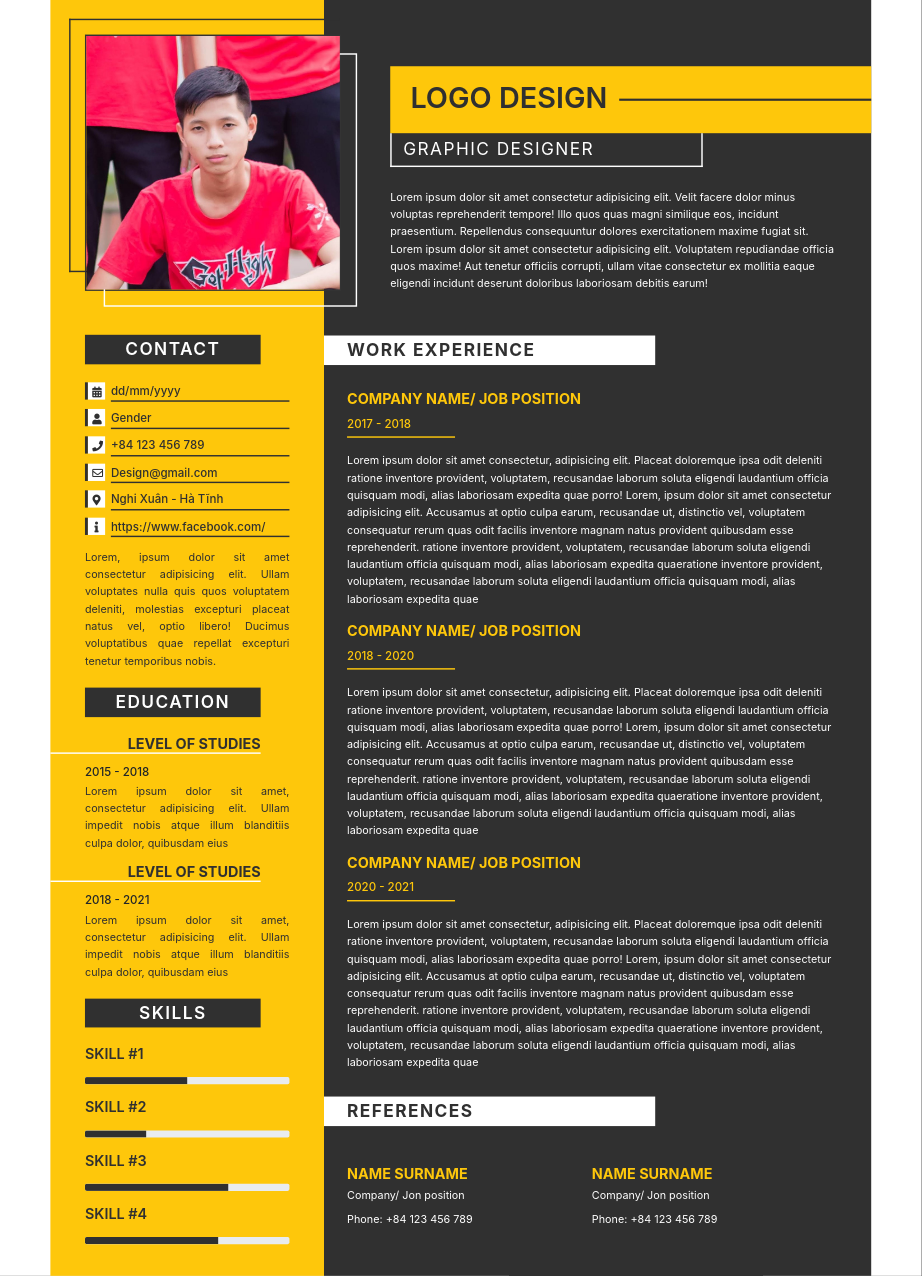
Repository: khoitadev/myCV
Page: index.html
These files come from the project's save history. The page is drawn as it stood at one moment and after the next save; the edit follows.
The browser window is 1280 px wide. The pictures show the whole page, at 72% of full size.
Some web libraries are served in a nearby version.

Above is the page before, as saved 2022-02-11 22:22:48.

### index.html
<!DOCTYPE html>
<html lang="en">
  <head>
    <meta charset="UTF-8" />
    <meta http-equiv="X-UA-Compatible" content="IE=edge" />
    <meta name="viewport" content="width=device-width, initial-scale=1.0" />
    <title>CV Design</title>
    <link
      rel="stylesheet"
      href="https://cdn.jsdelivr.net/npm/bootstrap@4.6.0/dist/css/bootstrap.min.css"
      integrity="sha384-B0vP5xmATw1+K9KRQjQERJvTumQW0nPEzvF6L/Z6nronJ3oUOFUFpCjEUQouq2+l"
      crossorigin="anonymous"
    />
    <link rel="preconnect" href="https://fonts.googleapis.com" />
    <link rel="preconnect" href="https://fonts.gstatic.com" crossorigin />
    <link
      href="https://fonts.googleapis.com/css2?family=Poppins:wght@400;600;700&display=swap"
      rel="stylesheet"
    />
    <link
      rel="stylesheet"
      href="https://pro.fontawesome.com/releases/v5.10.0/css/all.css"
      integrity="sha384-AYmEC3Yw5cVb3ZcuHtOA93w35dYTsvhLPVnYs9eStHfGJvOvKxVfELGroGkvsg+p"
      crossorigin="anonymous"
    />
    <link
      rel="icon"
      href="./assets/img/cv2.jpg"
      style="border-radius: 50%;"
      type="image/gif"
      sizes="16x16"
    />

    <link rel="stylesheet" href="./assets/css/style.css" />
  </head>
  <body>
    <div class="container">
      <div class="row">
        <div class="col-md-4 cv__left">
          <div class="cv__img">
            <img src="./assets/img/cv2.jpg" />
          </div>
          <div class="cv__body-left">
            <h2 class="heading__left">CONTACT</h2>
            <p class="text contact__text"><i class="fas fa-calendar-alt"></i> <span class="contact__line" >dd/mm/yyyy</span></p>
            <p class="text contact__text"><i class="fas fa-user"></i> <span class="contact__line" >Gender</span></p>
            <p class="text contact__text">
              <i class="fas fa-phone"></i> <a class="contact__line" href="tel:+84 123456789">+84 123 456 789</a>
            </p>
            <p class="text contact__text">
              <i class="far fa-envelope"></i>
              <a class="contact__line" href="mailto:trananhkhoi5657@gmail.com"
                >Design@gmail.com</a
              >
            </p>
            <p class="text contact__text">
              <i class="fas fa-map-marker-alt"></i> <span class="contact__line" >Nghi Xuân - Hà Tĩnh</span>
            </p>
            <p class="text contact__text">
              <i class="fas fa-info"></i>
              <a class="contact__line" href="https://www.facebook.com/khoiaiti"
                >https://www.facebook.com/</a
              >
            </p>
            <p class="text description">
              Lorem, ipsum dolor sit amet consectetur adipisicing elit. Ullam voluptates nulla quis quos voluptatem deleniti, molestias excepturi placeat natus vel, optio libero! Ducimus voluptatibus quae repellat excepturi tenetur temporibus nobis.
            </p>
            <h2 class="heading__left">EDUCATION</h2>
            <h3 class="edu__heading">LEVEL OF STUDIES</h3>
            <h4 class="edu__title">2015 - 2018</h4>
            <p class="text">Lorem ipsum dolor sit amet, consectetur adipisicing elit. Ullam impedit nobis atque illum blanditiis culpa dolor, quibusdam eius</p>
            <h3 class="edu__heading">LEVEL OF STUDIES</h3>
            <h4 class="edu__title">2018 - 2021</h4>
            <p class="text">Lorem ipsum dolor sit amet, consectetur adipisicing elit. Ullam impedit nobis atque illum blanditiis culpa dolor, quibusdam eius</p>

            <h2 class="heading__left">SKILLS</h2>
            <h3 class="heading__title">SKILL #1</h3>

            <div class="progress progress__line" style="height: 10px">
              <div class="progress-bar" style="width: 50%; height: 10px; background-color: #303030;"></div>
            </div>

            <h3 class="heading__title">SKILL #2</h3>

            <div class="progress progress__line" style="height: 10px">
              <div class="progress-bar" style="width: 30%; height: 10px; background-color: #303030;"></div>
            </div>

            <h3 class="heading__title">SKILL #3</h3>
            <div class="progress progress__line" style="height: 10px">
              <div class="progress-bar" style="width: 70%; height: 10px; background-color: #303030;"></div>
            </div>
            <h3 class="heading__title">SKILL #4</h3>
            <div class="progress progress__line" style="height: 10px">
              <div class="progress-bar" style="width: 65%; height: 10px; background-color: #303030;"></div>
            </div>
            <!-- <h3 class="heading__title">SKILL #5</h3>
            <div class="progress progress__line" style="height: 10px">
              <div class="progress-bar" style="width: 60%; height: 10px; background-color: #303030;"></div>
            </div> -->
          </div>
        </div>
        <div class="col-md-8 cv__right">
          <div class="cv__intro">
            <div class="name"><h2>LOGO DESIGN</h2> <span></span></div>
            <h2 class="name__des">GRAPHIC DESIGNER</h2>
            <p class="text-toright">Lorem ipsum dolor sit amet consectetur adipisicing elit. Velit facere dolor minus voluptas reprehenderit tempore! Illo quos quas magni similique eos, incidunt praesentium. Repellendus consequuntur dolores exercitationem maxime fugiat sit.
              <br>
              Lorem ipsum dolor sit amet consectetur adipisicing elit. Voluptatem repudiandae officia quos maxime! Aut tenetur officiis corrupti, ullam vitae consectetur ex mollitia eaque eligendi incidunt deserunt doloribus laboriosam debitis earum!
            </p>
            <br>
          </div>
          <h2 class="heading__right">WORK EXPERIENCE</h2>
          <h3 class="work__heading">COMPANY NAME/ JOB POSITION</h3>
          <h4 class="work__title">2017 - 2018</h4>
          <p class="text-toright">Lorem ipsum dolor sit amet consectetur, adipisicing elit. Placeat doloremque ipsa odit deleniti ratione inventore provident, voluptatem, recusandae laborum soluta eligendi laudantium officia quisquam modi, alias laboriosam expedita quae porro!
            Lorem, ipsum dolor sit amet consectetur adipisicing elit. Accusamus at optio culpa earum, recusandae ut, distinctio vel, voluptatem consequatur rerum quas odit facilis inventore magnam natus provident quibusdam esse reprehenderit. ratione inventore provident, voluptatem, recusandae laborum soluta eligendi laudantium officia quisquam modi, alias laboriosam expedita quaeratione inventore provident, voluptatem, recusandae laborum soluta eligendi laudantium officia quisquam modi, alias laboriosam expedita quae
          </p>
          <h3 class="work__heading">COMPANY NAME/ JOB POSITION</h3>
          <h4 class="work__title">2018 - 2020</h4>
          <p class="text-toright">Lorem ipsum dolor sit amet consectetur, adipisicing elit. Placeat doloremque ipsa odit deleniti ratione inventore provident, voluptatem, recusandae laborum soluta eligendi laudantium officia quisquam modi, alias laboriosam expedita quae porro!
            Lorem, ipsum dolor sit amet consectetur adipisicing elit. Accusamus at optio culpa earum, recusandae ut, distinctio vel, voluptatem consequatur rerum quas odit facilis inventore magnam natus provident quibusdam esse reprehenderit. ratione inventore provident, voluptatem, recusandae laborum soluta eligendi laudantium officia quisquam modi, alias laboriosam expedita quaeratione inventore provident, voluptatem, recusandae laborum soluta eligendi laudantium officia quisquam modi, alias laboriosam expedita quae
          </p>
          <h3 class="work__heading">COMPANY NAME/ JOB POSITION</h3>
          <h4 class="work__title">2020 - 2021</h4>
          <p class="text-toright">Lorem ipsum dolor sit amet consectetur, adipisicing elit. Placeat doloremque ipsa odit deleniti ratione inventore provident, voluptatem, recusandae laborum soluta eligendi laudantium officia quisquam modi, alias laboriosam expedita quae porro!
            Lorem, ipsum dolor sit amet consectetur adipisicing elit. Accusamus at optio culpa earum, recusandae ut, distinctio vel, voluptatem consequatur rerum quas odit facilis inventore magnam natus provident quibusdam esse reprehenderit. ratione inventore provident, voluptatem, recusandae laborum soluta eligendi laudantium officia quisquam modi, alias laboriosam expedita quaeratione inventore provident, voluptatem, recusandae laborum soluta eligendi laudantium officia quisquam modi, alias laboriosam expedita quae
          </p>
          <h2 class="heading__right">REFERENCES</h2>
          <div class="ref">
            <div class="ref-left">
              <h3 class="work__heading">NAME SURNAME</h3>
              <p class="text-toright">Company/ Jon position
              </p>
              <p class="text-toright">Phone: +84 123 456 789
              </p>
            </div>
            <div class="ref-right">
              <h3 class="work__heading">NAME SURNAME</h3>
              <p class="text-toright">Company/ Jon position
              </p>
              <p class="text-toright">Phone: +84 123 456 789
              </p>
            </div>
          </div>
        </div>
      </div>
    </div>
  </body>
</html>

### assets/css/style.css
:root {
  --primary-color: #fec70b;
  --second-color: #303030;
  --white-color: #fff;
}
* {
  margin: 0;
  padding: 0;
  box-sizing: border-box;
}
html {
  font-family: "Poppins", sans-serif;
  font-size: 62.5%;
  color: var(--white-color);
}

img {
  width: 100%;
  object-fit: cover;
}
a {
  text-decoration: none;
  display: inline-block;
  color: var(--second-color);
}
a:hover {
  color: var(--white-color);
}
p {
  font-size: 1.5rem;
  line-height: 1.6;
  color: var(--white-color);
}
i {
  position: relative;
  margin: 0 8px 0 4px;
  padding: 6px;
  background-color: var(--white-color);
  font-size: 1.5rem;
  color: var(--second-color);
  width: 2.4rem;
  height: 2.4rem;
  text-align: center;
}
i::after {
  content: "";
  display: block;
  position: absolute;
  background-color: var(--second-color);
  top: 0;
  left: -4px;
  bottom: 0;
  width: 4px;
  z-index: 1;
}
.cv__left {
  padding: 2.4rem;
  background-color: var(--primary-color);
}

.cv__img {
  position: relative;
  right: -2.4rem;
  bottom: -2.4rem;
  z-index: 1;
  text-align: right;
  margin-right: -2.4rem;
  border: 2px #333 solid;
}
.cv__img::before {
  content: "";
  display: block;
  position: absolute;
  border-top: 2px solid var(--second-color);
  border-bottom: 2px solid var(--second-color);
  border-left: 2px solid var(--second-color);
  top: -2.4rem;
  left: -2.4rem;
  right: 0rem;
  bottom: 2.4rem;
  z-index: -1;
}
.cv__img::after {
  content: "";
  display: block;
  position: absolute;
  border: 2px solid var(--white-color);
  top: 2.4rem;
  left: 2.4rem;
  right: -2.4rem;
  bottom: -2.4rem;
  z-index: -1;
}
.cv__img img {
  min-width: 90%;
  height: auto;
}

.cv__body-left {
  padding: 6rem 2.4rem 0 2.4rem;
}

.cv__contact {
  border-bottom: 2px solid var(--second-color);
}

.heading__left {
  margin: 2.5rem 4rem 2.5rem 0;
  padding: 0.6rem;
  color: #fff;
  background-color: var(--second-color);
  max-width: 42rem;
  font-size: 2.4rem;
  font-weight: 600;
  text-align: center;
  letter-spacing: 2px;
}
.edu__heading{
  font-size: 2rem;
  text-align: end;
  border-bottom: 2px solid var(--white-color);
  margin: 1.6rem 4rem 1.6rem -4.8rem;
  color: var(--second-color);
  font-weight: 700;
}
.edu__title{
  font-size: 1.6rem;
  font-weight: 500;
}
.edu__title + .text {
  text-align: justify;
}

.cv__right {
  padding: 3.2rem 4.8rem 2rem 3.2rem;
  background-color: var(--second-color);
}
.cv__intro {
  margin-left: 6rem;
}
.name {
  display: flex;
  align-items: center;
  padding: 2rem 0 2rem 2.8rem;
  margin: 6rem -4.8rem 0 0;
  background-color: var(--primary-color);
}
.name h2 {
  color: var(--second-color);
  font-size: 4rem;
  font-weight: 600;
}
.name span {
  margin-left: 1.6rem;
  background-color: var(--second-color);
  height: 3px;
  flex: 1;
}

.name__des {
  display: inline-block;
  margin-bottom: 3rem;
  color: var(--white-color);
  font-size: 2.4rem;
  font-weight: 400;
  width: 70%;
  letter-spacing: 2px;
  padding: 0.8rem 1.6rem;
  border-right: 2px solid var(--white-color);
  border-bottom: 2px solid var(--white-color);
  border-left: 2px solid var(--white-color);
}
.heading__right {
  margin: 3.5rem 0 3.5rem -3.2rem;
  padding: 0.6rem 3.2rem;
  background-color: var(--white-color);
  color:var(--second-color);
  max-width: 46rem;
  font-size: 2.4rem;
  font-weight: 700;
  letter-spacing: 2px;
}

.heading__title {
  margin: 8px 0;
  color: var(--second-color);
  font-size: 2rem;
  font-weight: 600;
}
.work__heading{
  margin-top: 2rem;
  font-size: 2rem;
  color: var(--primary-color);
  font-weight: 700;
}
.work__title{
  margin-bottom: 2rem;
  padding: 8px 0;
  max-width: 15rem;
  font-size: 1.6rem;
  color: var(--primary-color);
  font-weight: 500;
  border-bottom: 2px solid var(--primary-color);
}
.time {
  font-size: 1.4rem;
  font-weight: 300;
}
.progress__line {
  margin: 2rem 0;
}
.interests {
  list-style: circle;
  padding-left: 2rem;
}
.text {
  font-size: 1.5rem;
  line-height: 1.6;
  color: var(--second-color);
}
.text-toright {
  color: var(--white-color);
}
.description {
  margin-top: 1.6rem;
  text-align: justify;
}
.contact__text {
  display: flex;
}
.contact__line {
  flex: 1;
  font-size: 1.6rem;
  font-weight: 500;
  border-bottom: 2px solid var(--second-color);
}
.ref {
  display: flex;
}
.ref-left, .ref-right {
  flex: 1;
}

After the next save:
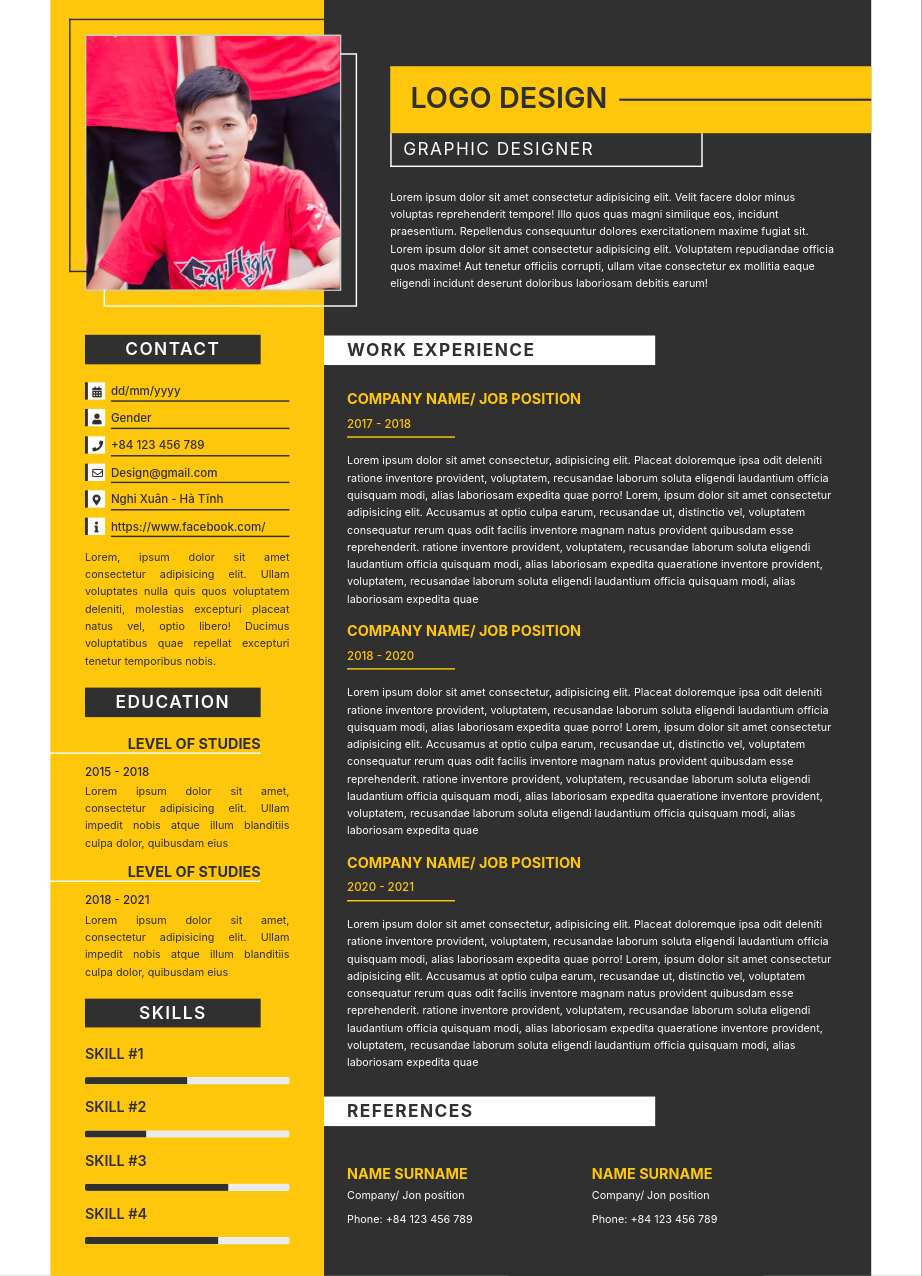
Saved 21 s later.
--- a/assets/css/style.css
+++ b/assets/css/style.css
@@ -65,7 +65,7 @@ i::after {
   z-index: 1;
   text-align: right;
   margin-right: -2.4rem;
-  border: 2px #333 solid;
+  border: 2px #ccc solid;
 }
 .cv__img::before {
   content: "";
